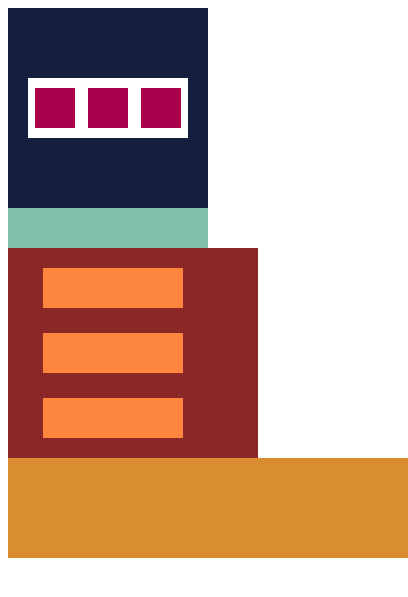
Repository: natuki-i/curriculum
Page: http://localhost/
These files come from the project's save history. The page is drawn as it stood at one moment and after the next save; the edit follows.
The browser window is 375 px wide. The page is 408 px wide, so the pictures cover 408 px, including what lies to the right of the window. The pictures show the whole page.
The page is run by PHP 8.4 with error messages shown; the project is at /var/www/html/.

Above is the page before, as saved 2022-11-26 22:50:19.

### PHPjob/1/index.html
<!DOCTYPE html>
<html lang="en">
<head>
    <meta charset="UTF-8">
    <meta http-equiv="X-UA-Compatible" content="IE=edge">
    <meta name="viewport" content="width=device-width, initial-scale=1.0">
    <title>Document</title>
    <link rel="stylesheet" href="/css/style.css"
</head>
<body>
    <div class="header">
        <div class="h-boxs">
            <div class="h-box h-box1"></div>
            <div class="h-box h-box2"></div>
            <div class="h-box h-box3"></div>
        </div>
    </div>
    <div class="main clearfix">
        <div class="left"></div>
        <div class="right">
            <div class="mr-boxs">
                <div class="mr-box mr-box1"></div>
                <div class="mr-box mr-box2"></div>
                <div class="mr-box mr-box3"></div>
            </div>
        </div>
    </div>
    <div class="footer"></div>
</body>
</html>

### PHPjob/1/css/style.css
.header {
    width: 400px;
    height: 100px;
    background-color: #141f40;
    display: flex;
    align-items: center;
    justify-content: flex-end;
}

.h-boxs {
    width: 160px;
    height: 60px;
    margin-right: 20px;
    background-color: white;
    display: flex;
    align-items: center;
    justify-content: space-around;
}

.h-box {
    width: 40px;
    height: 40px;
    background-color: #a9004b;
}

.main {
    display: flex;
}

.left {
    width: 150px;
    height: 250px;
    background-color: #80bfa8;
}

.right {
    width: 250px;
    height: 250px;
    background-color: #8c2727;
    display: flex;
    /* align-items: center; */
    justify-content: flex-start;
}

.mr-boxs {
    width: 150px;
    height: 170px;
    margin: 40px 60px 40px 40px;
    display: flex;
    align-items: center;
    flex-direction: column;
    justify-content: space-between;
}

.mr-box {
    width: 140px;
    height: 40px;
    background-color: #ff863f;
    border-width: thick;
    border-color: white;
}

.footer {
    width: 400px;
    height: 100px;
    background-color: #d98d30;
}

@media screen and (max-width: 479px) {
/* スマホ向けスタイル */

.header {
    width: 200px;
    height: 200px;
}

.main {
    width: 200px;
    height: 250px;
    flex-direction: column;
}

.left {
    width: 200px;
    height: 100px;
    background-color: #80bfa8;
}

.right {
    width: 250px;
    height: 250px;
    background-color: #8c2727;
    display: flex;
    /* align-items: center; */
    justify-content: flex-start;
}

.mr-boxs {
    width: 150px;
    height: 170px;
    margin: 20px 30px;
    display: flex;
    align-items: center;
    flex-direction: column;
    justify-content: space-between;
}

}

After the next save:
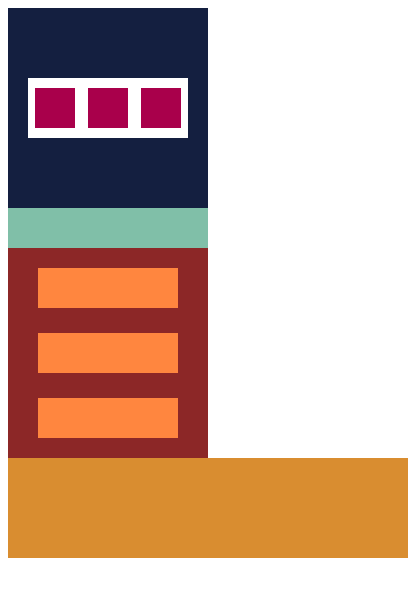
Saved 28 s later.
--- a/PHPjob/1/css/style.css
+++ b/PHPjob/1/css/style.css
@@ -87,7 +87,7 @@
 }
 
 .right {
-    width: 250px;
+    width: 200px;
     height: 250px;
     background-color: #8c2727;
     display: flex;
